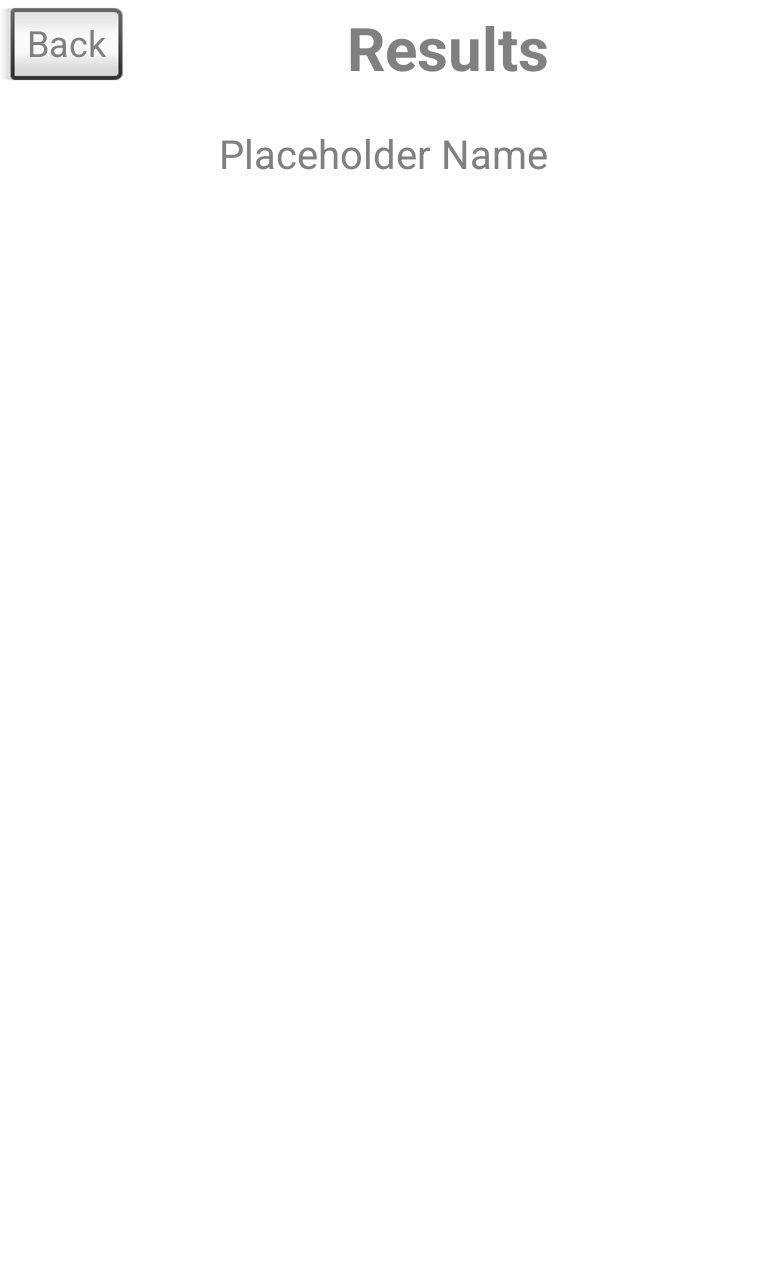
Repository: scottcaruso/Java_I_1307_Week4
Layout: myGov/res/layout/politician_display.xml
The author's editor kept a copy of each file at every save. The layout is drawn from the files as they stood at one save, then again after the next save.
It is drawn on a 768 x 1280 px phone screen (xhdpi) without system bars, with theme AppTheme; the app's code is not run.

Above is the layout before, as saved 2013-08-01 21:01:48.

After the next save:
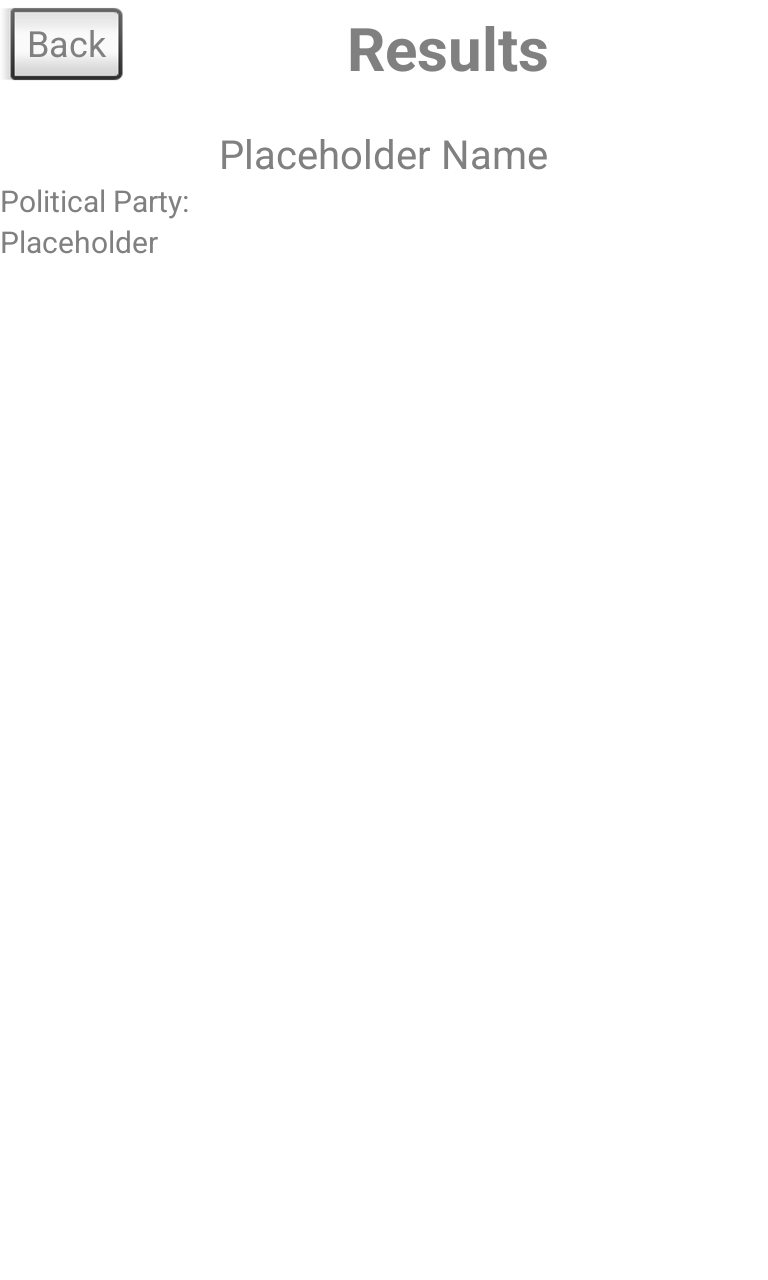
Saved 59 s later.
--- a/myGov/res/layout/politician_display.xml
+++ b/myGov/res/layout/politician_display.xml
@@ -28,11 +28,6 @@
 
     </LinearLayout>
 
-    <ViewFlipper
-        android:id="@+id/viewFlipper1"
-        android:layout_width="match_parent"
-        android:layout_height="match_parent" >
-
         <TextView
             android:id="@+id/politicianName"
             android:layout_width="wrap_content"
@@ -57,9 +52,6 @@
 	            android:hint="@string/placeholder"
 	            android:textSize="15sp" />
 
-
-    </ViewFlipper>
-
 final TextView polLabel = UIElementCreator.createLabel(currentMainContext, "Politician Name: ");
 				final TextView polPartyLabel = UIElementCreator.createLabel(currentMainContext, "Party Affiliaition: ");
 				final TextView polStateLabel = UIElementCreator.createLabel(currentMainContext, "From State: ");
